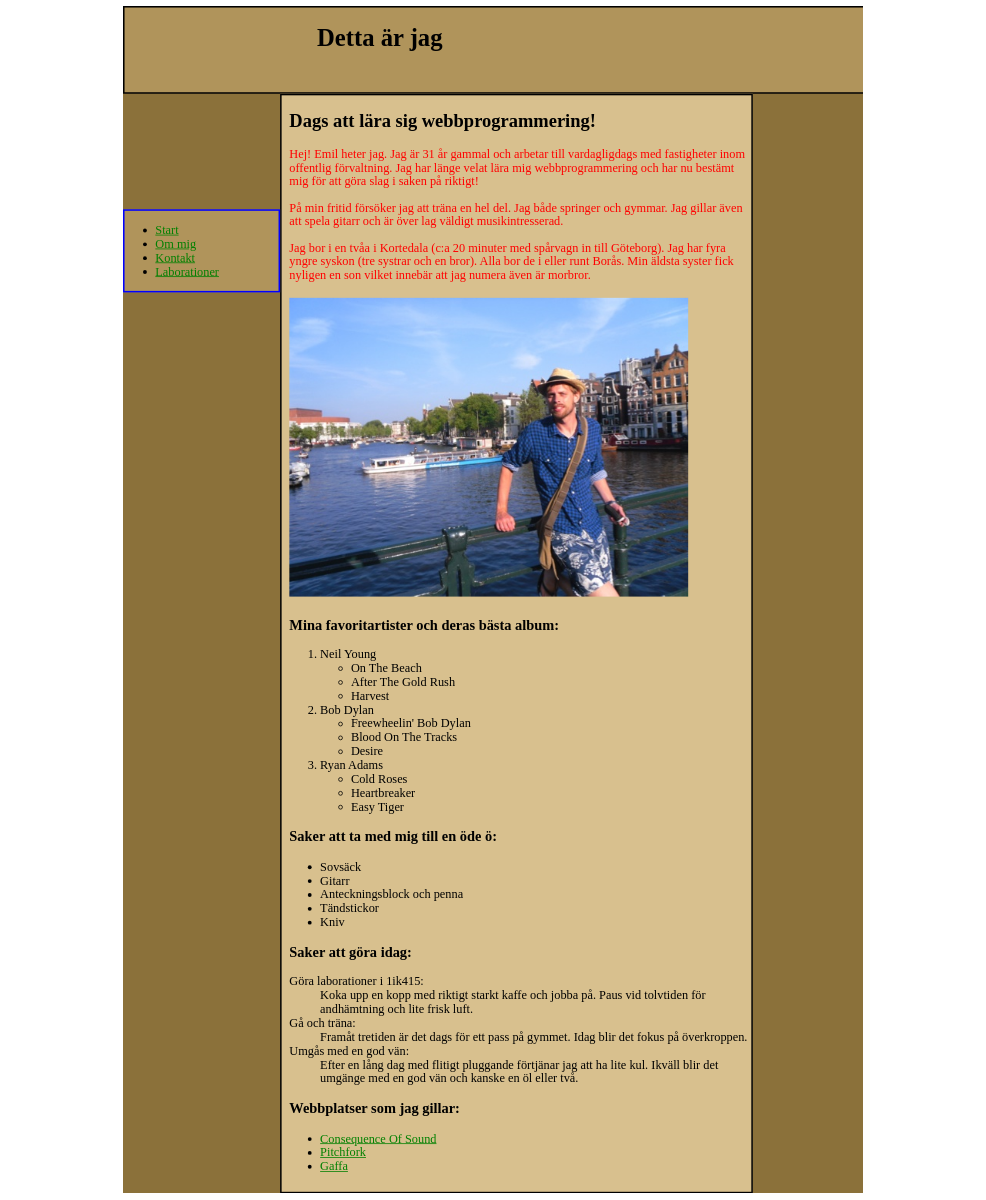
Repository: ea222vk/1ik415-laborationer
Page: Pages/presentation.html
The author's editor kept a record of every edit. The page is drawn from the files as they stood at one moment, then again after the next edit.
The browser window is 1280 px wide. The pictures show the whole page, at 77% of full size.

Above is the page before.

After the next edit:
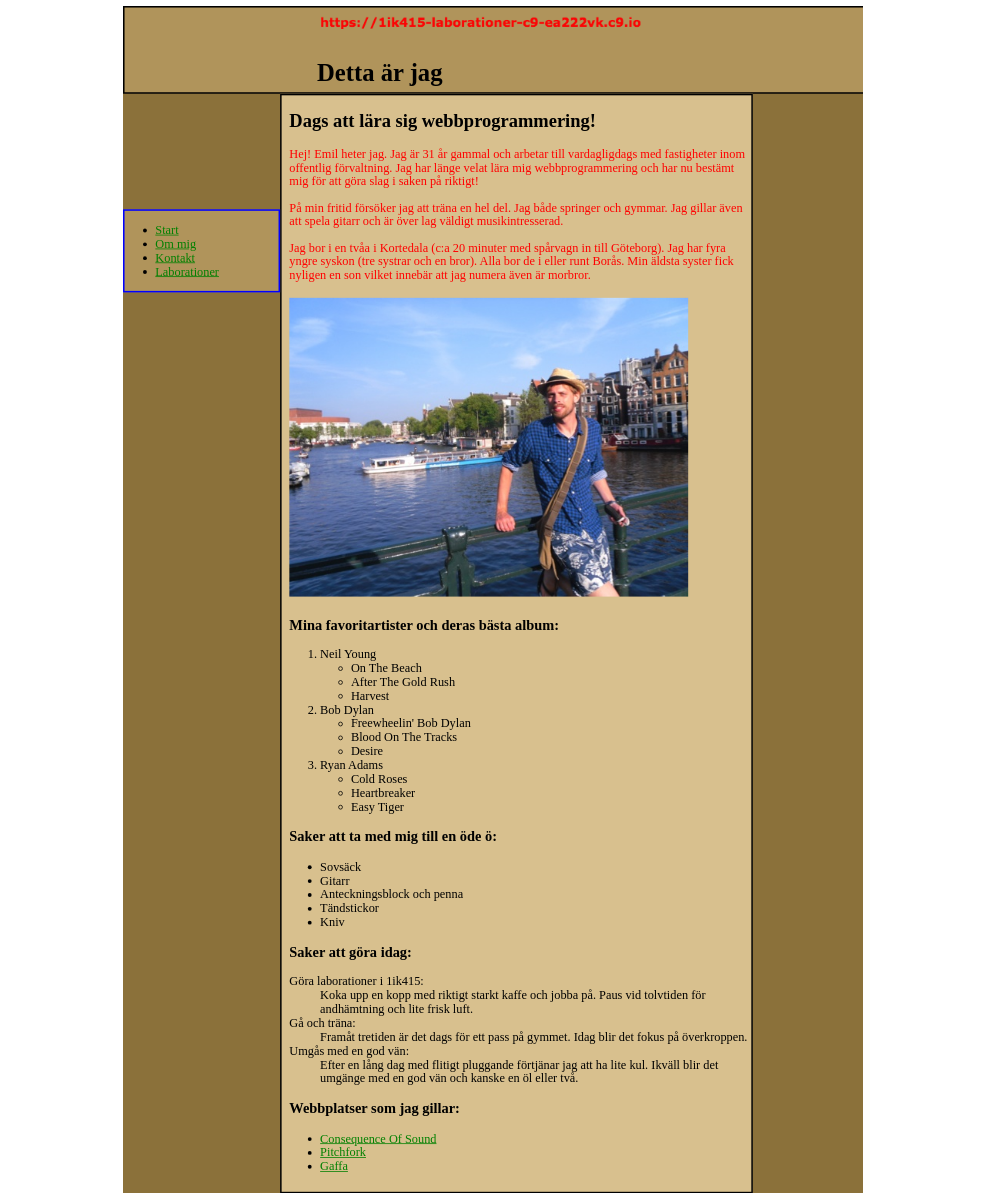
The edit:
--- a/Pages/presentation.html
+++ b/Pages/presentation.html
@@ -10,6 +10,7 @@
              <div id="container">
 
              <div id="header">
+             <img src="../Pics/adress.png" alt="logo">
               <h1>Detta är jag</h1>
              </div>
 
